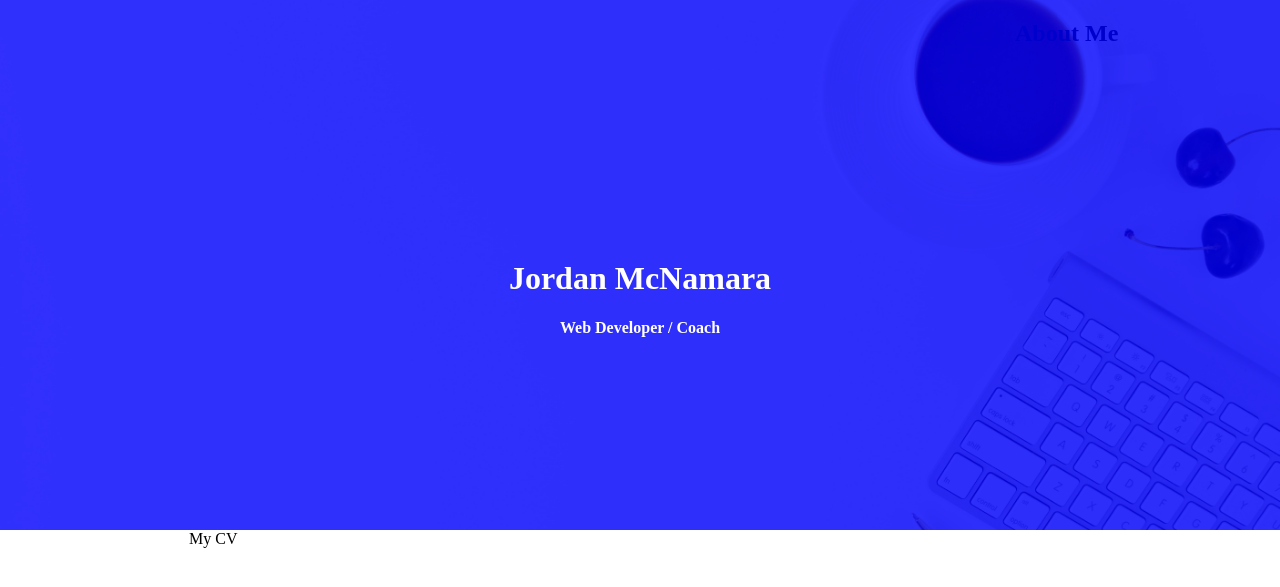
Repository: Scoofster/SWE-Flying-start-bio-website
Page: public/index.html
An editor plug-in stored every save of this project. The page is shown before and after the next save, followed by the edit.
The browser window is 1280 px wide. The pictures show the whole page.

Above is the page before, as saved 2022-06-16 13:20:14.

### public/index.html
<!--
You may use this in any way, on any site, all we ask is that you please keep the link(s) crediting the author.   Though this is not mandatory, it is certainly appreciated.
 -->

<!DOCTYPE html PUBLIC "-//W3C//DTD XHTML 1.0 Strict//EN" "http://www.w3.org/TR/xhtml1/DTD/xhtml1-strict.dtd">
<html xmlns="http://www.w3.org/1999/xhtml" xml:lang="en" lang="en">
  <head>
    <title>Blue Bliss by Bryant Smith</title>
    <meta http-equiv="content-type" content="text/html;charset=utf-8" />
    <link rel="stylesheet" type="text/css" href="index.css" />
  </head>
  <body>
    <div id="mainContentArea">
      <div id="contentBox">
        <div id="hero">
          <div id="hero-overlay"></div>
          <div id="banner-photo"></div>
          <div id="hero-text">
            <h1>Jordan McNamara</h1>
            <h4>Web Developer / Coach</h4>
          </div>
          <div id="about-me-nav-link">
            <h2>About Me</h2>
          </div>
          <div id="CV-Nav-Link">My CV</div>
        </div>
      </div>
    </div>
  </body>
</html>

### public/index.css

html,body{
    margin:0;
    }



#hero {
    margin: 0%;
    padding: 0%;
    display: grid;
    width: 100vw;
    height: 100vh;
    grid-template-columns: 1fr 1fr 1fr;
    text-align: center;
}

#hero-overlay {
    grid-area: 1 /1 / span 2 / span 3;
    opacity: 80%;
    background-color: blue;

}

#banner-photo {
    background-image: url(./imgs/splash_photo.jpg);
    grid-area: 1 /1/ span 2 / span 3;
    background-size:cover;
    background-repeat: no-repeat;
    margin: 0;
}

#hero-text {
    grid-area: 2/2/2/2;
    color: white;

    z-index: 1;
  }

  #about-me-nav-link {
    display: flex;
    grid-area: 1/3;
    justify-content: center;
    align-content: center;
    colour: blue;


  }

After the next save:
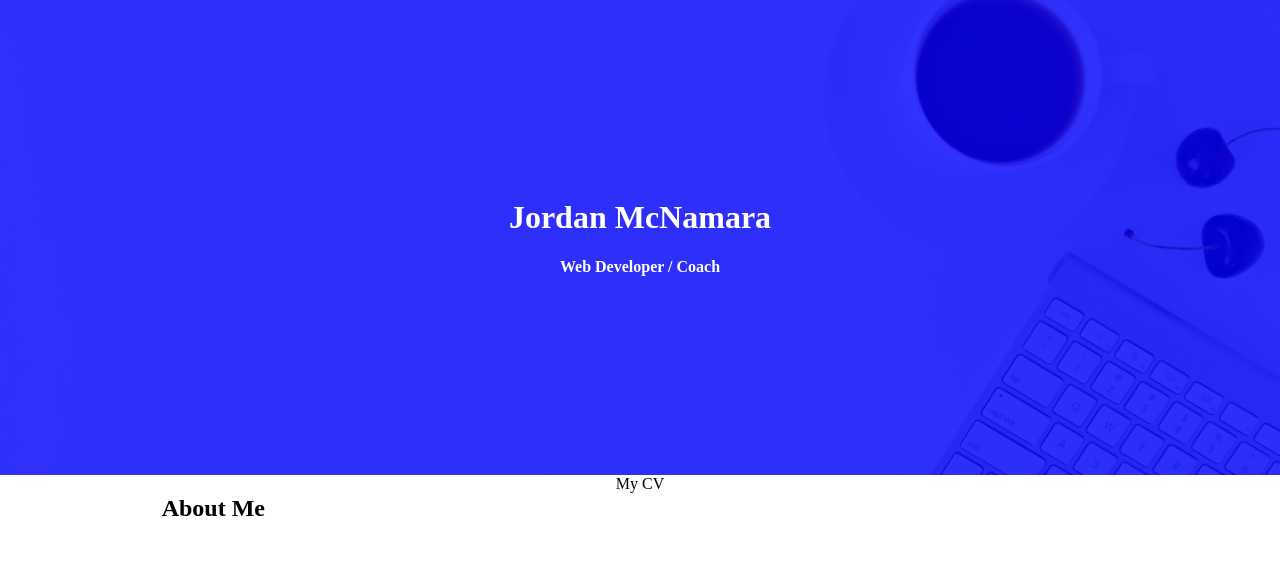
Saved 17 s later.
--- a/public/index.css
+++ b/public/index.css
@@ -38,11 +38,6 @@
   }
 
   #about-me-nav-link {
-    display: flex;
-    grid-area: 1/3;
-    justify-content: center;
-    align-content: center;
-    colour: blue;
 
 
   }
